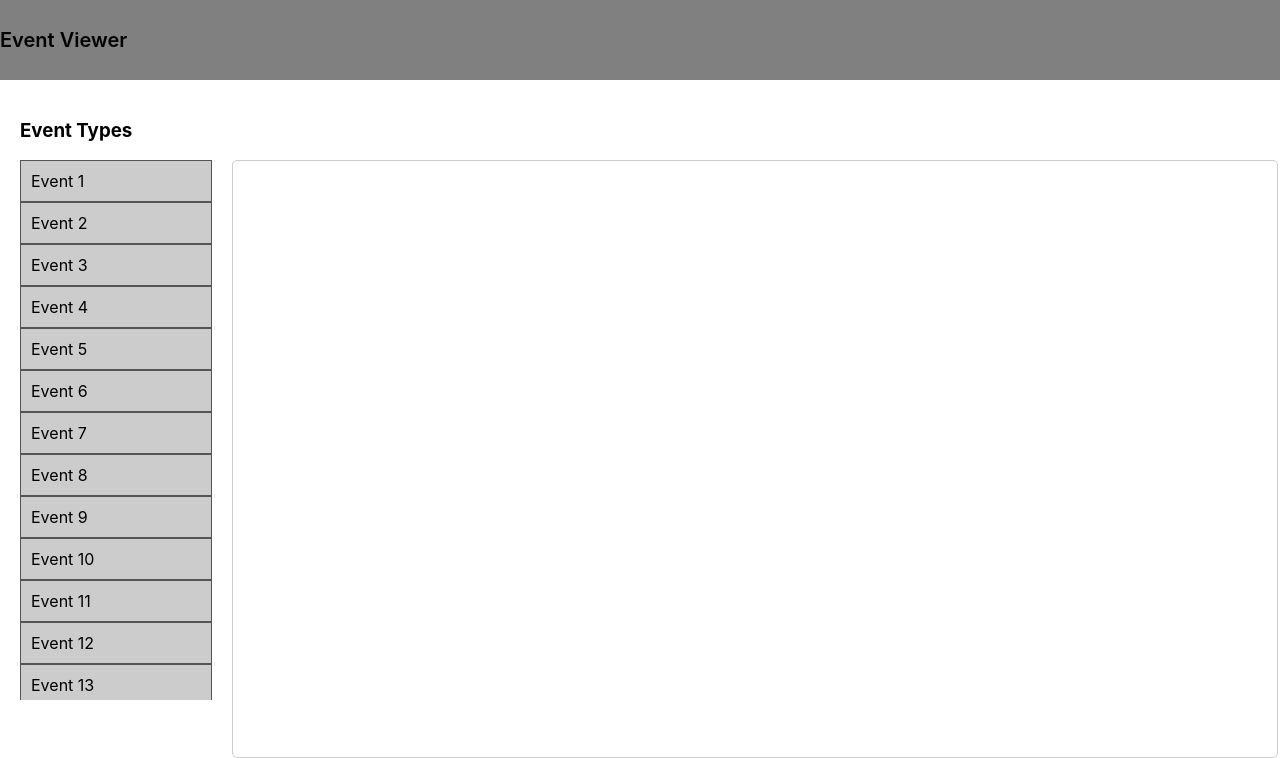
Repository: TauqeerHusain/Assignment
Page: /
The author's editor kept a copy of each file at every save. The page is drawn from the files as they stood at one save, then again after the next save.
The browser window is 1280 px wide. The pictures show the whole page.
The project was rebuilt for these pictures with package versions that can differ from the ones it lists, and the page was loaded fresh each time.

Above is the page before, as saved 2023-02-07 11:13:12.

After the next save:
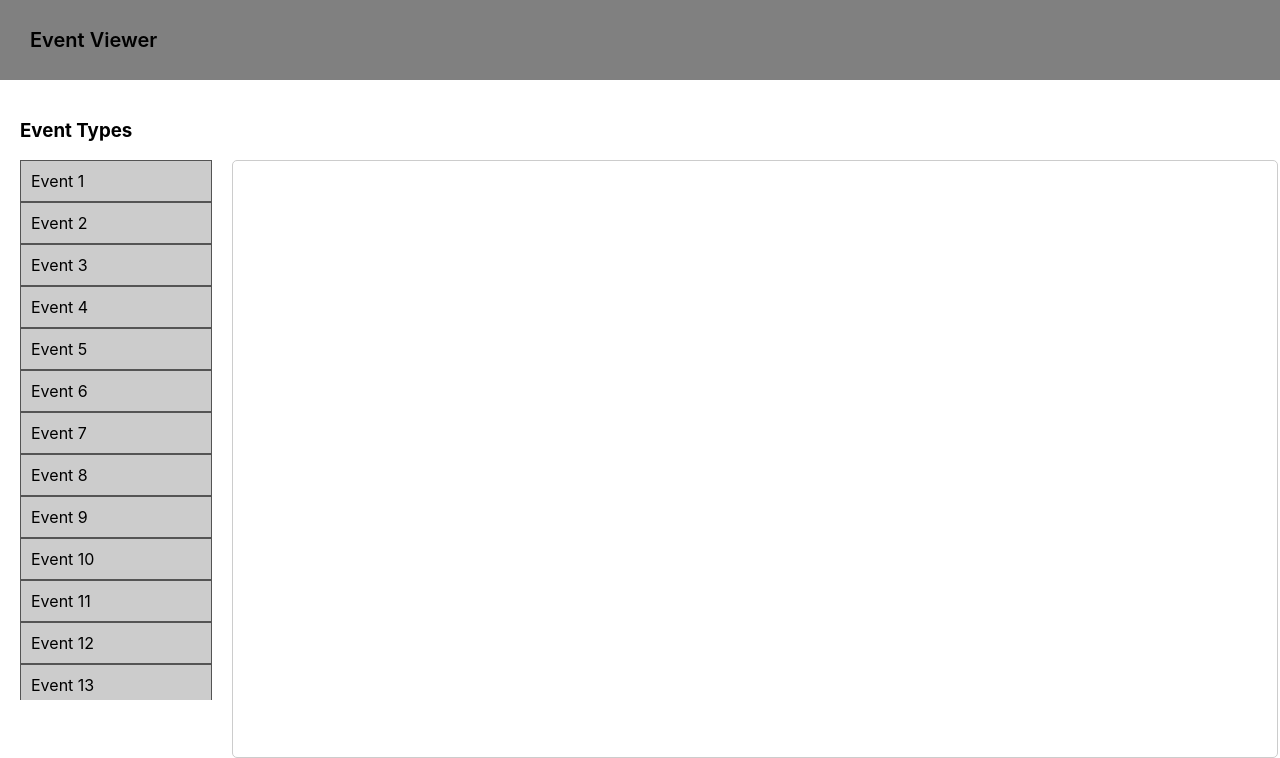
Saved 14 s later.
--- a/src/App.js
+++ b/src/App.js
@@ -485,6 +485,7 @@ const App = () => {
             display: "flex",
             columnGap: 30,
             alignItems: "center",
+            padding: "0 30px",
           }}
         >
           <h3 style={{ fontSize: 20, fontWeight: "600" }}>Event Viewer</h3>
